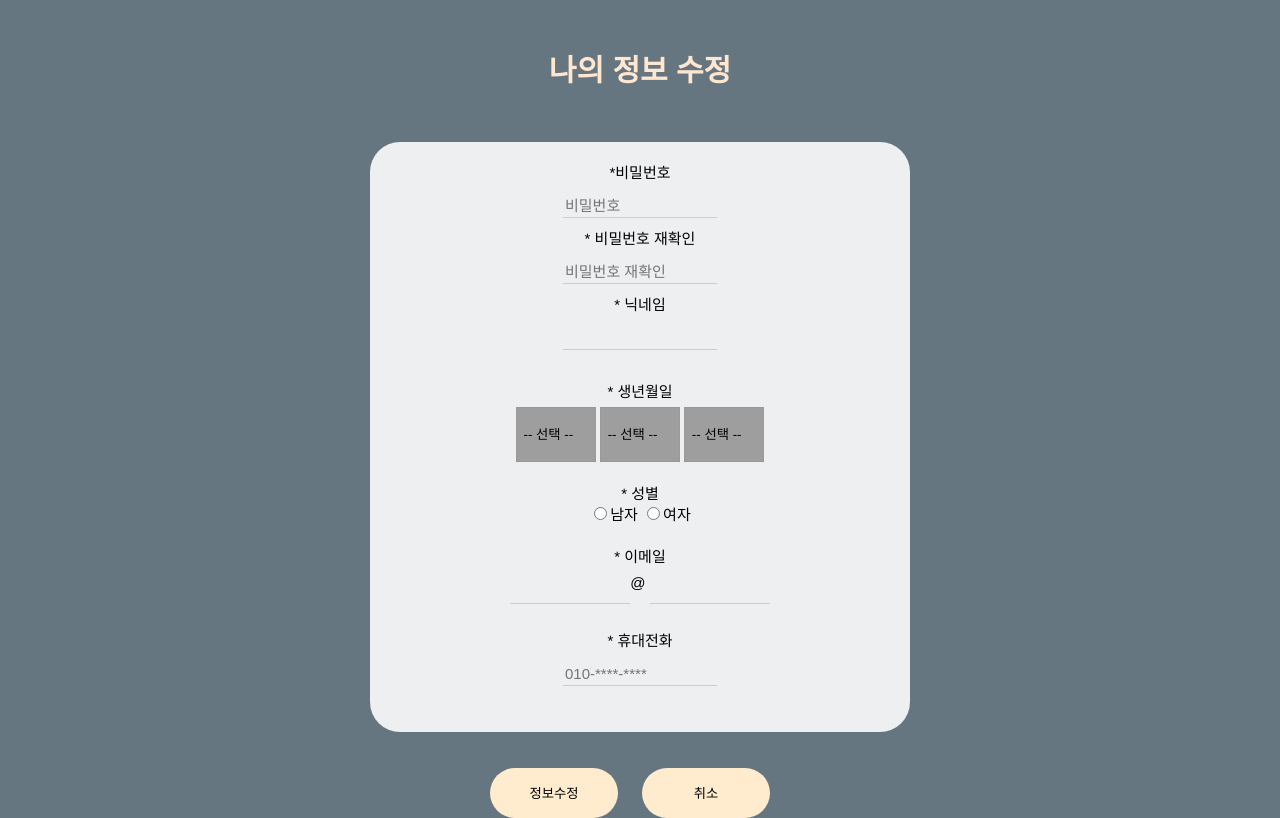
Repository: HelloJihyune/Hi
Page: http://localhost/mex07/WEB-INF/views/modify.jsp
These files come from the project's save history. The page is drawn as it stood at one moment and after the next save; the edit follows.
The browser window is 1280 px wide. The pictures show the whole page.
Pictures or frames that could not be fetched are drawn as grey boxes. The page is served by Tomcat 9. Nobody is signed in. The template is opened directly, without the code that normally fills it, so the values that code supplies are empty.

Above is the page before, as saved 2021-07-06 02:36:23.

After the next save:
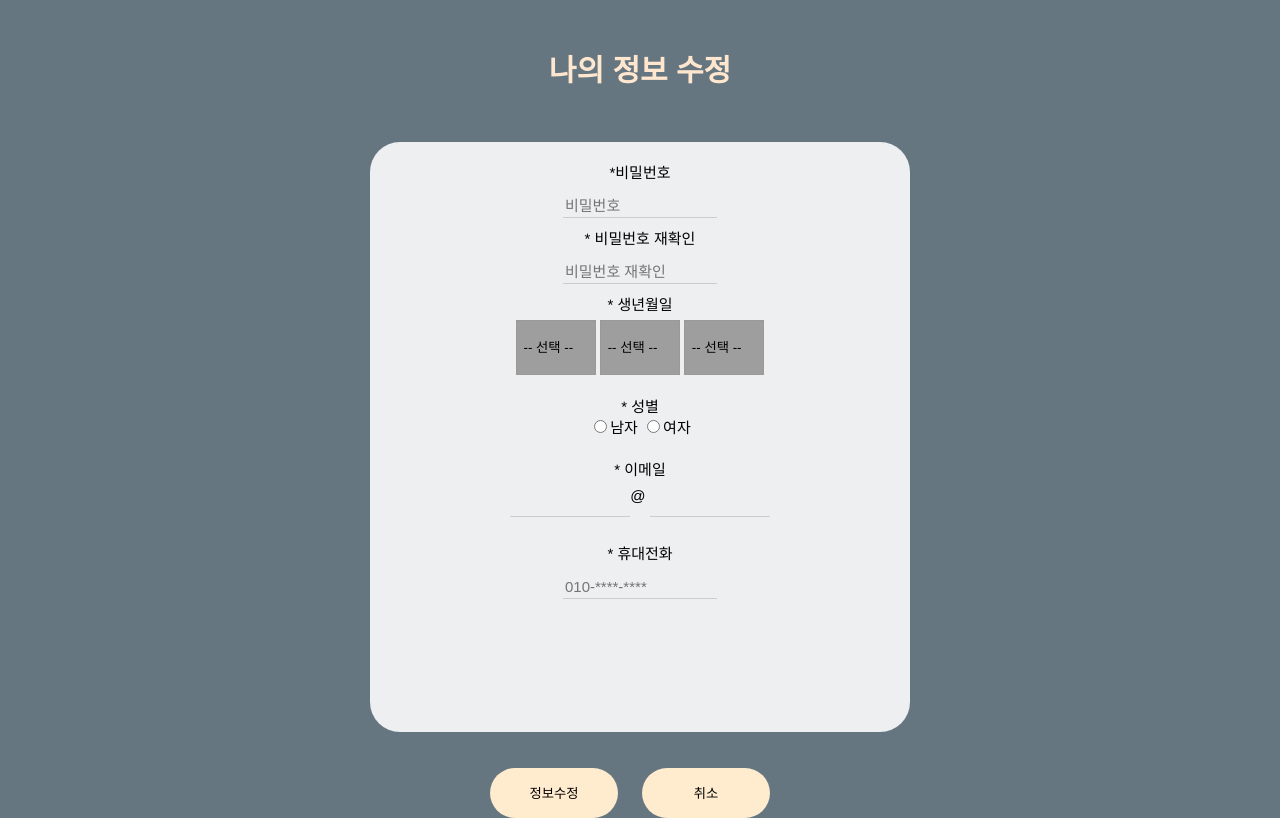
Saved 56 s later.
--- a/mex07/src/main/webapp/WEB-INF/views/modify.jsp
+++ b/mex07/src/main/webapp/WEB-INF/views/modify.jsp
@@ -23,11 +23,6 @@
 			* 비밀번호 재확인<br> <input type="password" name="user_PW2"
 				placeholder="비밀번호 재확인">
 		</div>
-		<!--닉네임 수정-->
-		<div class="int-username">
-			* 닉네임<br> <input type="text" name="user_name" value="">
-		</div>
-		<br>
 		<!--생년월일 select를 사용해서 구현-->
 		* 생년월일<br>
 		<br> <select name="year">
